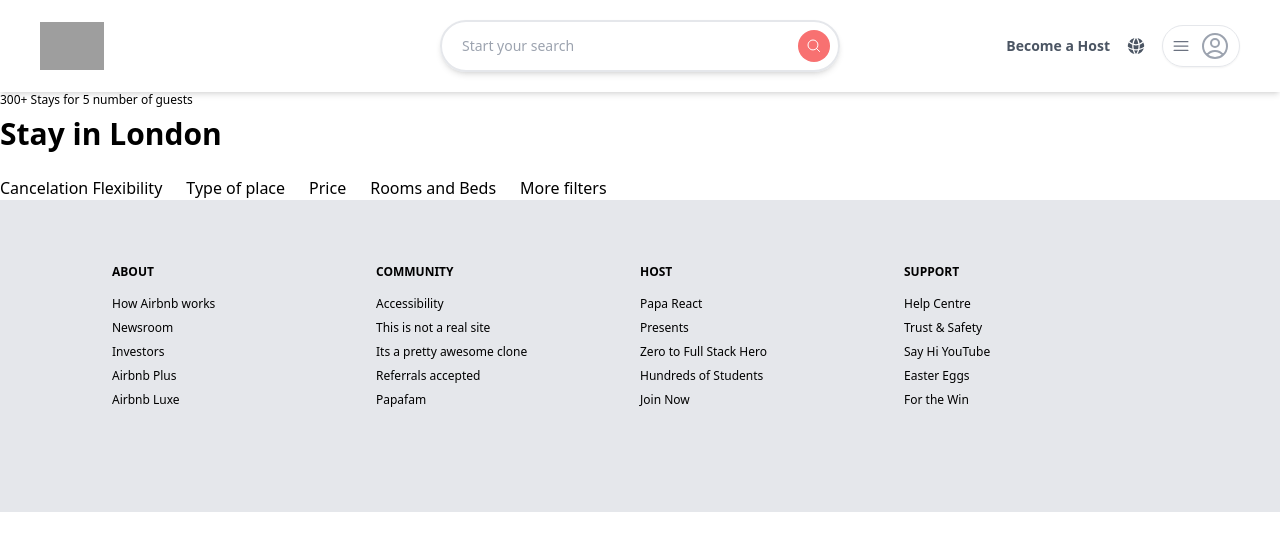
Repository: lakshithapramodya/airbnb
Page: /search
An editor plug-in stored every save of this project. The page is shown before and after the next save, followed by the edit.
The browser window is 1280 px wide. The pictures show the whole page.
Pictures or frames that could not be fetched are drawn as grey boxes. The project was rebuilt for these pictures with package versions that can differ from the ones it lists, and the page was loaded fresh each time. The framework's server and built-in components were replaced by stand-ins that run in the browser. Also part of the build but not shown: next.config.js.

Above is the page before, as saved 2022-10-19 12:31:40.

### pages/_app.jsx
import "../styles/globals.css";
import { AppProps } from "next/app";

function MyApp({ Component, pageProps }) {
  return <Component {...pageProps} />;
}

export default MyApp;

### pages/search.js
import React from "react";
import Footer from "../components/Footer";
import Header from "../components/Header";

function search() {
  return (
    <div>
      <Header />

      <main className="flex">
        <section>
          <p className="text-xs">300+ Stays for 5 number of guests</p>
          <h1 className="font-semibold text-3xl mt-2 mb-6">Stay in London</h1>

          <div className="space-x-6 hidden md:inline-flex">
            <p>Cancelation Flexibility</p>
            <p>Type of place</p>
            <p>Price</p>
            <p>Rooms and Beds</p>
            <p>More filters</p>
          </div>
        </section>
      </main>

      <Footer />
    </div>
  );
}

export default search;

### components/Footer.js
import React from "react";

function Footer() {
  return (
    <div className="grid grid-cols-1 md:grid-cols-4 py-16 px-28 bg-gray-200">
      <div className="pb-8">
        <h2 className="font-bold text-xs font-sans mb-4 cursor-pointer">
          ABOUT
        </h2>
        <p className="text-xs my-2 cursor-pointer">How Airbnb works</p>
        <p className="text-xs my-2 cursor-pointer">Newsroom</p>
        <p className="text-xs my-2 cursor-pointer">Investors</p>
        <p className="text-xs my-2 cursor-pointer">Airbnb Plus</p>
        <p className="text-xs my-2 cursor-pointer">Airbnb Luxe</p>
      </div>
      <div className="pb-8">
        <h2 className="font-bold text-xs font-sans mb-4 cursor-pointer">
          COMMUNITY
        </h2>
        <p className="text-xs my-2 cursor-pointer">Accessibility</p>
        <p className="text-xs my-2 cursor-pointer">This is not a real site</p>
        <p className="text-xs my-2 cursor-pointer">
          Its a pretty awesome clone
        </p>
        <p className="text-xs my-2 cursor-pointer">Referrals accepted</p>
        <p className="text-xs my-2 cursor-pointer">Papafam</p>
      </div>
      <div className="pb-8">
        <h2 className="font-bold text-xs font-sans mb-4 cursor-pointer">
          HOST
        </h2>
        <p className="text-xs my-2 cursor-pointer">Papa React</p>
        <p className="text-xs my-2 cursor-pointer">Presents</p>
        <p className="text-xs my-2 cursor-pointer">Zero to Full Stack Hero</p>
        <p className="text-xs my-2 cursor-pointer">Hundreds of Students</p>
        <p className="text-xs my-2 cursor-pointer">Join Now</p>
      </div>
      <div className="pb-8">
        <h2 className="font-bold text-xs font-sans mb-4 cursor-pointer">
          SUPPORT
        </h2>
        <p className="text-xs my-2 cursor-pointer">Help Centre</p>
        <p className="text-xs my-2 cursor-pointer">Trust & Safety</p>
        <p className="text-xs my-2 cursor-pointer">Say Hi YouTube</p>
        <p className="text-xs my-2 cursor-pointer">Easter Eggs</p>
        <p className="text-xs my-2 cursor-pointer">For the Win</p>
      </div>
    </div>
  );
}

export default Footer;

### components/Header.js
import React, { useState } from "react";
import Image from "next/image";
import {
  MagnifyingGlassIcon,
  Bars3Icon,
  UserCircleIcon,
} from "@heroicons/react/24/outline";
import { GlobeAltIcon, UsersIcon } from "@heroicons/react/24/solid";
import "react-date-range/dist/styles.css";
import "react-date-range/dist/theme/default.css";
import { DateRangePicker } from "react-date-range";

function Header() {
  const [searchText, setSearchTExt] = useState("");
  const [startDate, setStartDate] = useState(new Date());
  const [endDate, setEndDate] = useState(new Date());
  const [guests, setGuests] = useState(1);

  const selectionRange = {
    startDate: startDate,
    endDate: endDate,
    key: "selection",
  };

  const handleChange = (ranges) => {
    setStartDate(ranges.selection.startDate);
    setEndDate(ranges.selection.endDate);
  };

  const resetInput = () => {
    setSearchTExt("");
  };

  return (
    <div
      className="sticky top-0  z-50 grid grid-cols-3 bg-white shadow-md
    p-5 md:px-10"
    >
      {/* Left */}
      <div className="relative flex item-center h-12 cursor-pointer my-auto">
        <Image
          src="https://1000logos.net/wp-content/uploads/2017/08/Airbnb-Logo.png"
          layout="fill"
          objectFit="contain"
          objectPosition="left"
        />
      </div>

      {/* Middle */}
      <div
        className="flex items-center md:border-2 rounded-full py-2
      md:shadow-md"
      >
        <input
          value={searchText}
          onChange={(e) => setSearchTExt(e.target.value)}
          className="!outline-0 pl-5 bg-transparent flex-grow
          md:min-w-0  text-sm text-gray-600"
          type="text"
          placeholder="Start your search"
        />
        <MagnifyingGlassIcon
          className="hidden md:inline-flex h-8 bg-red-400
         text-white rounded-full p-2 cursor-pointer md:mx-2 "
        />
      </div>

      {/* Right */}
      <div className="flex items-center space-x-4 justify-end">
        <p
          className="text-sm font-semibold cursor-pointer
        rounded-full text-gray-600 hidden md:inline"
        >
          Become a Host
        </p>

        <GlobeAltIcon className="h-5 text-gray-600 cursor-pointer" />

        <div
          className="flex items-center border rounded-full p-1
        space-x-2 shadow-sm px-2 hover:shadow-md"
        >
          <Bars3Icon className="h-5 text-gray-500" />
          <UserCircleIcon className="h-8 text-gray-400" />
        </div>
      </div>
      {searchText && (
        <div className="flex flex-col col-span-3 mx-auto">
          <DateRangePicker
            ranges={[selectionRange]}
            minDate={new Date()}
            rangeColors={["#FD5B61"]}
            onChange={handleChange}
          />
          <div>
            <div className="flex items-center border-b">
              <h2 className="text-2xl font-semibold flex-grow">
                Number of Guests
              </h2>
              <UsersIcon className="h-5" />
              <input
                value={guests}
                onChange={(e) => setGuests(e.target.value)}
                min={1}
                type="number"
                className="w-12 ml-2 !outline-0 text-lg text-red-500"
              />
            </div>
            <div className="flex mt-4">
              <button onClick={resetInput} className="text-gray-500 flex-grow">
                Cancel
              </button>
              <button className="text-red-500 flex-grow">Search</button>
            </div>
          </div>
        </div>
      )}
    </div>
  );
}

export default Header;

Loaded but not shown: styles/globals.css (common file); tailwind.config.js (common file)

After the next save:
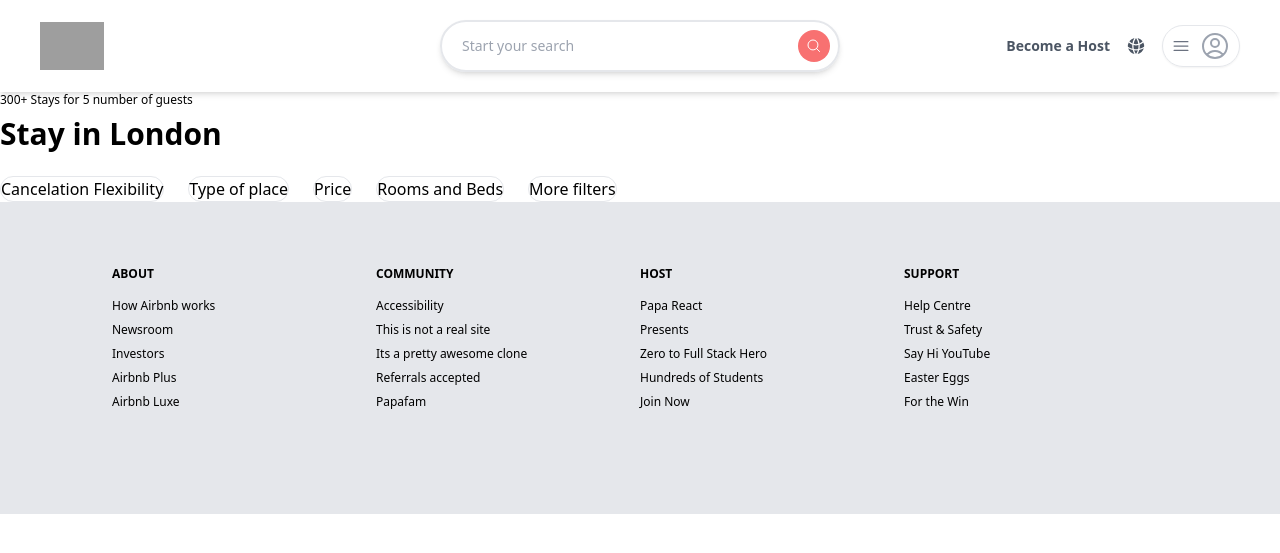
Saved 62 s later.
--- a/pages/search.js
+++ b/pages/search.js
@@ -13,11 +13,11 @@
           <h1 className="font-semibold text-3xl mt-2 mb-6">Stay in London</h1>
 
           <div className="space-x-6 hidden md:inline-flex">
-            <p>Cancelation Flexibility</p>
-            <p>Type of place</p>
-            <p>Price</p>
-            <p>Rooms and Beds</p>
-            <p>More filters</p>
+            <p className="border rounded-full">Cancelation Flexibility</p>
+            <p className="border rounded-full">Type of place</p>
+            <p className="border rounded-full">Price</p>
+            <p className="border rounded-full">Rooms and Beds</p>
+            <p className="border rounded-full">More filters</p>
           </div>
         </section>
       </main>
